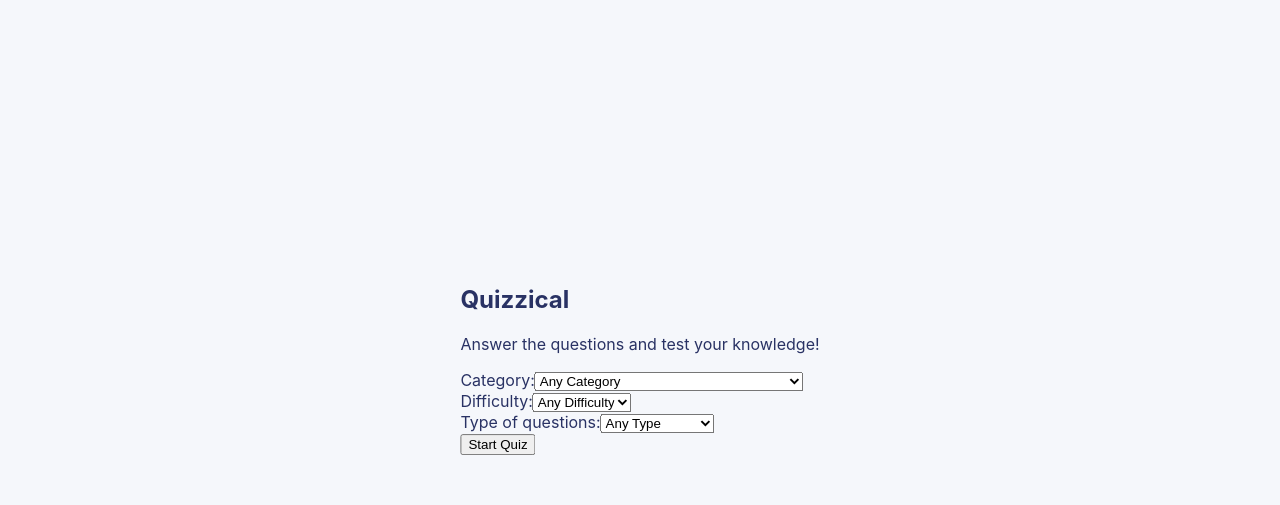
Repository: alexandruvisan19/Quizzical
Page: /
These files come from the project's save history. The page is drawn as it stood at one moment and after the next save; the edit follows.
The browser window is 1280 px wide. The pictures show the whole page.
The project was rebuilt for these pictures with package versions that can differ from the ones it lists, and the page was loaded fresh each time. Also part of the build but not shown: src/components/QuestionsAndAnswers/QuestionsAndAnswers.css, src/components/Question/Question.tsx, src/services/getQuestions.tsx, src/components/QuestionsAndAnswers/QuestionsAndAnswers.tsx.

Above is the page before, as saved 2022-08-04 07:49:44.

### src/index.css
body {
	margin: 0;
	font-family: -apple-system, BlinkMacSystemFont, "Segoe UI", "Roboto", "Oxygen", "Ubuntu", "Cantarell", "Fira Sans",
		"Droid Sans", "Helvetica Neue", sans-serif;
	-webkit-font-smoothing: antialiased;
	-moz-osx-font-smoothing: grayscale;
	background-color: #f5f7fb;
	color: #293264;
}

code {
	font-family: source-code-pro, Menlo, Monaco, Consolas, "Courier New", monospace;
}

### src/App.tsx
import React, { useEffect, useState } from "react";
import "./App.css";
import QuestionsAndAnswers from "./components/QuestionsAndAnswers/QuestionsAndAnswers";
import { ToastContainer, toast } from "react-toastify";

function App() {
	const [startQuiz, setStartQuiz] = useState(false);
	const [showNoQuestionsError, setShowNoQuestionsError] = useState(false);
	const [quizOptions, setQuizOptions] = useState({
		category: "",
		difficulty: "",
		type: "",
	});

	const startQuizHandler = () => setStartQuiz((prevStartQuiz) => !prevStartQuiz);

	const handleNoQuestionsError = (boolean: any) => setShowNoQuestionsError(boolean);

	const changeQuizHandler = (e: any) => {
		setQuizOptions((prevQuizOptions) => {
			return { ...prevQuizOptions, [e.target.name]: e.target.value };
		});
	};

	const notify = () => toast("Wow so easy !");

	return (
		<div className="App">
			{startQuiz ? (
				<QuestionsAndAnswers
					quizOptions={quizOptions}
					startQuizHandler={startQuizHandler}
					handleNoQuestionsError={handleNoQuestionsError}
				/>
			) : (
				<section className="game-intro">
					<h1 className="game-title">Quizzical</h1>
					<p className="game-text">Answer the questions and test your knowledge!</p>

					{showNoQuestionsError && (
						<h2 className="noQuestions-text">Oops! We couldn't find any questions with these options!</h2>
					)}

					<div className="gameOptions-container">
						<div className="select-container">
							<label className="custom-label" htmlFor="category">
								Category:
							</label>

							<select onChange={changeQuizHandler} name="category" id="category" className="custom-select">
								<option value="">Any Category</option>
								<option value="9">General Knowledge</option>
								<option value="10">Entertainment: Books</option>
								<option value="11">Entertainment: Film</option>
								<option value="12">Entertainment: Music</option>
								<option value="13">Entertainment: Musicals &amp; Theatres</option>
								<option value="14">Entertainment: Television</option>
								<option value="15">Entertainment: Video Games</option>
								<option value="16">Entertainment: Board Games</option>
								<option value="17">Science &amp; Nature</option>
								<option value="18">Science: Computers</option>
								<option value="19">Science: Mathematics</option>
								<option value="20">Mythology</option>
								<option value="21">Sports</option>
								<option value="22">Geography</option>
								<option value="23">History</option>
								<option value="24">Politics</option>
								<option value="25">Art</option>
								<option value="26">Celebrities</option>
								<option value="27">Animals</option>
								<option value="28">Vehicles</option>
								<option value="29">Entertainment: Comics</option>
								<option value="30">Science: Gadgets</option>
								<option value="31">Entertainment: Japanese Anime &amp; Manga</option>
								<option value="32">Entertainment: Cartoon &amp; Animations</option>
							</select>
						</div>

						<div className="select-container">
							<label className="custom-label" htmlFor="difficulty">
								Difficulty:
							</label>

							<select onChange={changeQuizHandler} name="difficulty" id="difficulty" className="custom-select">
								<option value="">Any Difficulty</option>
								<option value="easy">Easy</option>
								<option value="medium">Medium</option>
								<option value="hard">Hard</option>
							</select>
						</div>

						<div className="select-container">
							<label className="custom-label" htmlFor="type">
								Type of questions:
							</label>

							<select onChange={changeQuizHandler} name="type" id="type" className="custom-select">
								<option value="">Any Type</option>
								<option value="multiple">Multiple Choice</option>
								<option value="boolean">True / False</option>
							</select>
						</div>
					</div>

					<button onClick={startQuizHandler} className="btn-primary">
						Start Quiz
					</button>
				</section>
			)}
			<ToastContainer />
		</div>
	);
}

export default App;

### src/App.css
.App {
	position: absolute;
	top: 50%;
	left: 50%;
	margin-right: -50%;
	transform: translate(-50%, -50%);
	max-width: 800px;
}

.App-logo {
	height: 40vmin;
	pointer-events: none;
}

.container {
	text-align: center;
}

.container button {
	background-color: #4d5b9e;
	color: #fff;
	border-radius: 12px;
	border: none;
	padding: 15px 40px;
	font-size: 20px;
	cursor: pointer;
}

.container button:hover {
	background-color: #6070c4;
}

@media (prefers-reduced-motion: no-preference) {
	.App-logo {
		animation: App-logo-spin infinite 20s linear;
	}
}

.App-header {
	background-color: #282c34;
	min-height: 100vh;
	display: flex;
	flex-direction: column;
	align-items: center;
	justify-content: center;
	font-size: calc(10px + 2vmin);
	color: white;
}

.App-link {
	color: #61dafb;
}

@keyframes App-logo-spin {
	from {
		transform: rotate(0deg);
	}
	to {
		transform: rotate(360deg);
	}
}

Loaded but not shown: public/index.html (common file); src/index.tsx (common file); src/reportWebVitals.ts (common file)

After the next save:
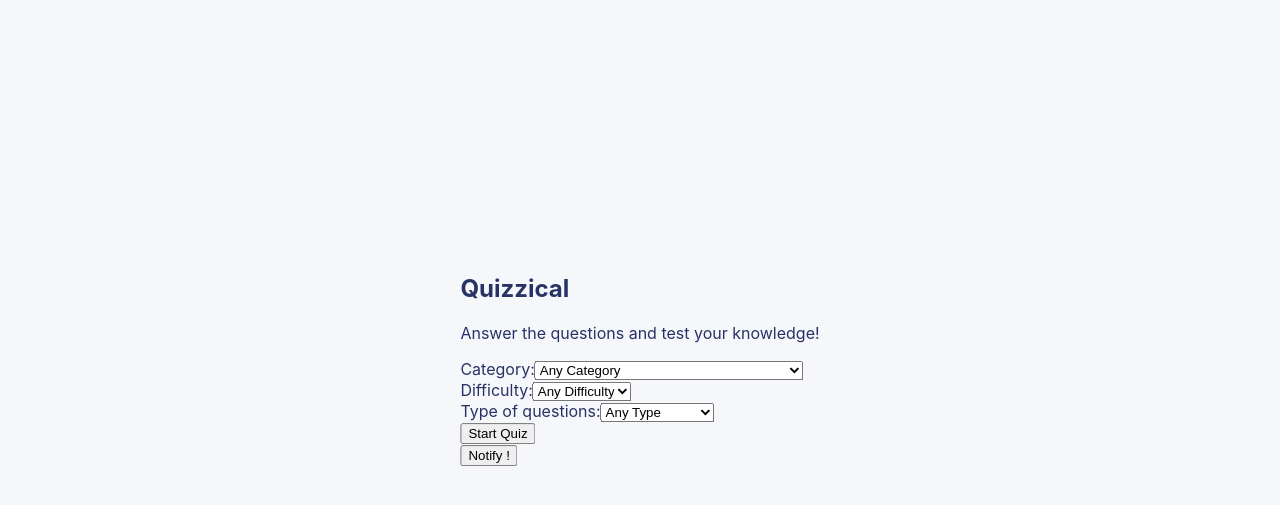
Saved 11 s later.
--- a/src/App.tsx
+++ b/src/App.tsx
@@ -107,6 +107,7 @@ function App() {
 					</button>
 				</section>
 			)}
+			<button onClick={notify}>Notify !</button>
 			<ToastContainer />
 		</div>
 	);
